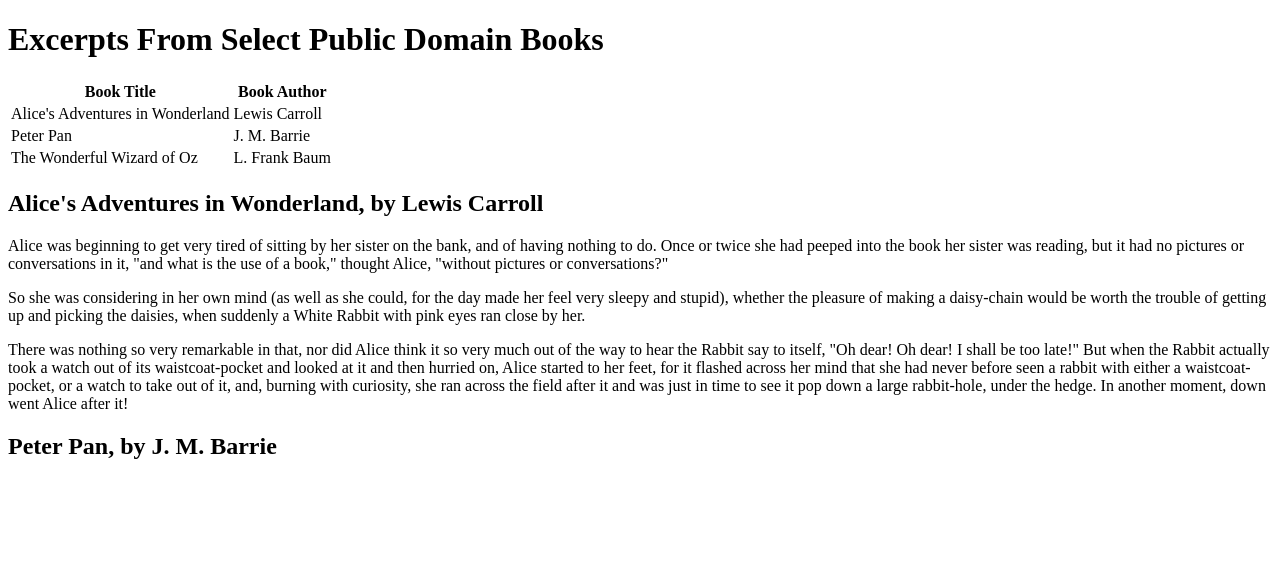
Repository: rishondass/ITMD361-Lab3
Page: index.html
An editor plug-in stored every save of this project. The page is shown before and after the next save, followed by the edit.
The browser window is 1280 px wide. The pictures show the whole page.

Above is the page before, as saved 2023-01-13 14:31:34.

### index.html
<!DOCTYPE html>
<html lang="en">
<head>
    <meta charset="UTF-8">
    <meta http-equiv="X-UA-Compatible" content="IE=edge">
    <meta name="viewport" content="width=device-width, initial-scale=1.0">
    <title>Excerpts From Select Public Domain Books</title>
</head>
<body>
    <h1>Excerpts From Select Public Domain Books</h1>
    <table>
        <thead>
            <tr>
                <th>
                    <strong>Book Title</strong>
                </th>
                <th>
                    <strong>Book Author</strong>
                </th>
            </tr>
        </thead>
        <tbody>
            <tr>
                <td>Alice's Adventures in Wonderland</td>
                <td>Lewis Carroll</td>
            </tr>
            <tr>
                <td>Peter Pan</td>
                <td>J. M. Barrie</td>
            </tr>
            <tr>
                <td>The Wonderful Wizard of Oz</td>
                <td>L. Frank Baum</td>
            </tr>
        </tbody>
    </table>

    <h2>Alice's Adventures in Wonderland, by Lewis Carroll</h2>
    <p>
        Alice was beginning to get very tired of sitting by her sister on the bank, and of having nothing to do. Once or twice she had peeped into the book her sister was reading, but it had no pictures or conversations in it, "and what is the use of a book," thought Alice, "without pictures or conversations?"
    </p>
    <p>
        So she was considering in her own mind (as well as she could, for the day made her feel very sleepy and stupid), whether the pleasure of making a daisy-chain would be worth the trouble of getting up and picking the daisies, when suddenly a White Rabbit with pink eyes ran close by her.
    </p>
    <p>
        There was nothing so very remarkable in that, nor did Alice think it so very much out of the way to hear the Rabbit say to itself, "Oh dear! Oh dear! I shall be too late!" But when the Rabbit actually took a watch out of its waistcoat-pocket and looked at it and then hurried on, Alice started to her feet, for it flashed across her mind that she had never before seen a rabbit with either a waistcoat-pocket, or a watch to take out of it, and, burning with curiosity, she ran across the field after it and was just in time to see it pop down a large rabbit-hole, under the hedge. In another moment, down went Alice after it!
    </p>
    <h2>Peter Pan, by J. M. Barrie</h2>

</body>
</html>

After the next save:
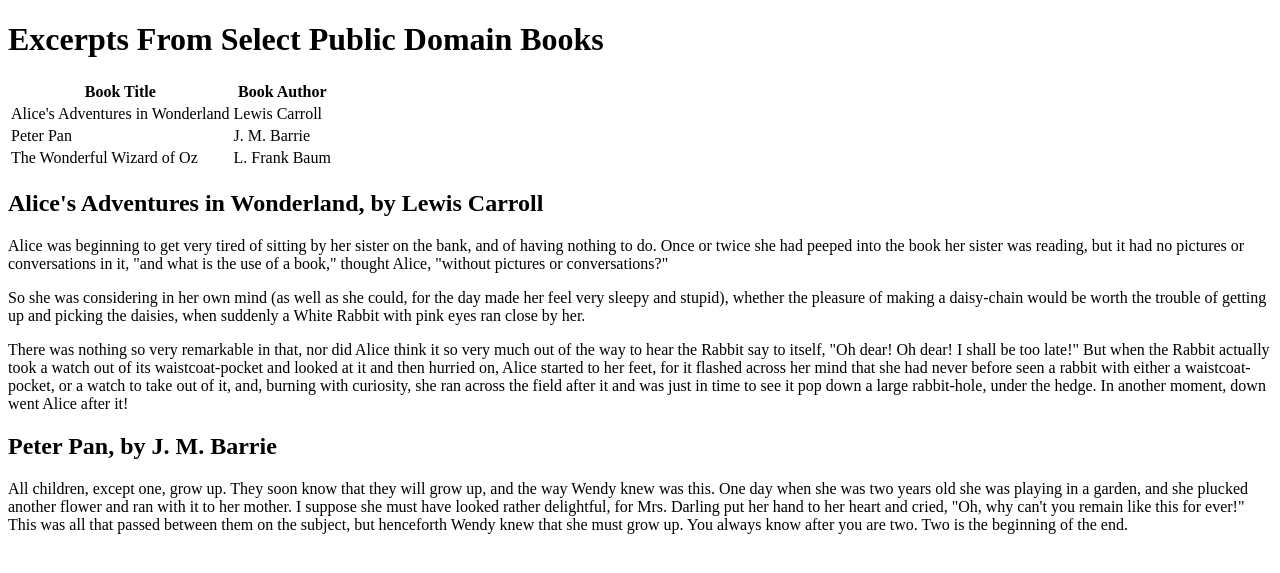
Saved 6 s later.
--- a/index.html
+++ b/index.html
@@ -46,6 +46,8 @@
         There was nothing so very remarkable in that, nor did Alice think it so very much out of the way to hear the Rabbit say to itself, "Oh dear! Oh dear! I shall be too late!" But when the Rabbit actually took a watch out of its waistcoat-pocket and looked at it and then hurried on, Alice started to her feet, for it flashed across her mind that she had never before seen a rabbit with either a waistcoat-pocket, or a watch to take out of it, and, burning with curiosity, she ran across the field after it and was just in time to see it pop down a large rabbit-hole, under the hedge. In another moment, down went Alice after it!
     </p>
     <h2>Peter Pan, by J. M. Barrie</h2>
-
+    <p>
+        All children, except one, grow up. They soon know that they will grow up, and the way Wendy knew was this. One day when she was two years old she was playing in a garden, and she plucked another flower and ran with it to her mother. I suppose she must have looked rather delightful, for Mrs. Darling put her hand to her heart and cried, "Oh, why can't you remain like this for ever!" This was all that passed between them on the subject, but henceforth Wendy knew that she must grow up. You always know after you are two. Two is the beginning of the end.
+    </p>
 </body>
 </html>
